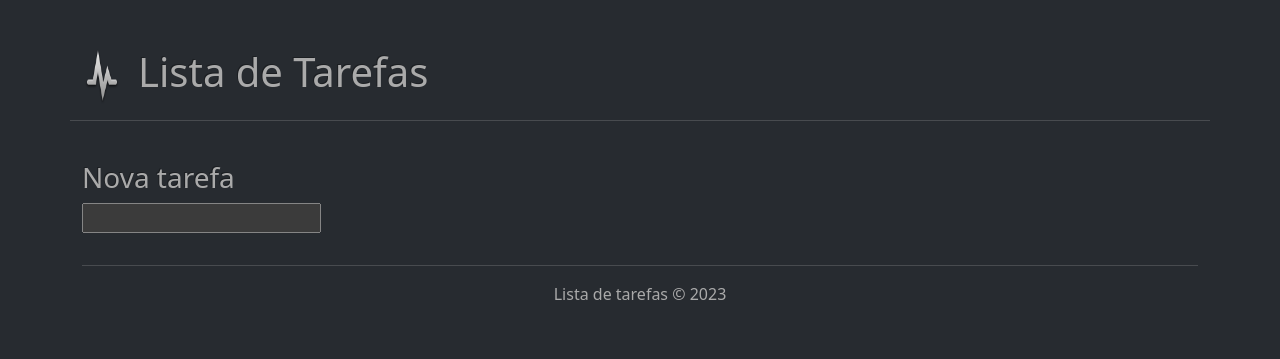
Repository: cargugati/lista_tarefas
Page: frontEnd/new_task.html
These files come from the project's save history. The page is drawn as it stood at one moment and after the next save; the edit follows.
The browser window is 1280 px wide. The pictures show the whole page.

Above is the page before, as saved 2023-03-30 10:33:53.

### frontEnd/new_task.html
<!DOCTYPE html>
<html lang="pt-br">

<head>
  <meta charset="UTF-8">
  <meta http-equiv="X-UA-Compatible" content="IE=edge">
  <meta name="viewport" content="width=device-width, initial-scale=1.0">
  <title>Lista de Tarefas</title>
  <link rel="stylesheet" href="./assets/css/bootstrap.min.css">
  <link rel="stylesheet" href="./assets/fontawesome/css/all.min.css">
  <link rel="shortcut icon" href="./assets/images/favicon.png" type="image/png">
</head>

<body>
  <div class="container my-5">

    <!-- cabeçalho -->
    <div class="row mb-4">
      <div class="col">
        <div class="d-flex justify-content-start">
          <img src="./assets/images/favicon.png" alt="Logo" class="img-fluid me-3" width="40px">
          <h1>Lista de Tarefas</h1>
        </div>

      </div>

      <hr class="my-3">
    </div>

    <!-- espaço para criar nova tarefa -->
    <div class="row">
      <div class="col">
        <h3>Nova tarefa</h3>
        <input type="text" name="" id="text_task_text" class="">
      </div>
    </div>

    <!-- dados para o banco de dados
    bd_tasks

    users
    - id -> uint auto PK
    - username -> varchar(50) NULL
    - passwrd -> varchar(100) NULL
    - created_at -> datetime NULL
    - updated_at -> datetime NULL

    tasks
    - id -> uint auto PK
    - id_user -> uint FK
    - task_text -> varchar(100) NULL
    - task_status -> varchar(30) NULL -> (new | in progress | canceled | done)
    - created_at
    - updated_at

-->






    <!-- footer -->
    <div class="row mt-3">
      <div class="col text-center">
        <hr>
        <p>Lista de tarefas &copy; 2023</p>
      </div>
    </div>


  </div>

  <script src="./assets/js/bootstrap.bundle.min.js"></script>
</body>

</html>

Loaded but not shown: frontEnd/assets/css/bootstrap.min.css (library); frontEnd/assets/fontawesome/css/all.min.css (library); frontEnd/assets/js/bootstrap.bundle.min.js (library)

After the next save:
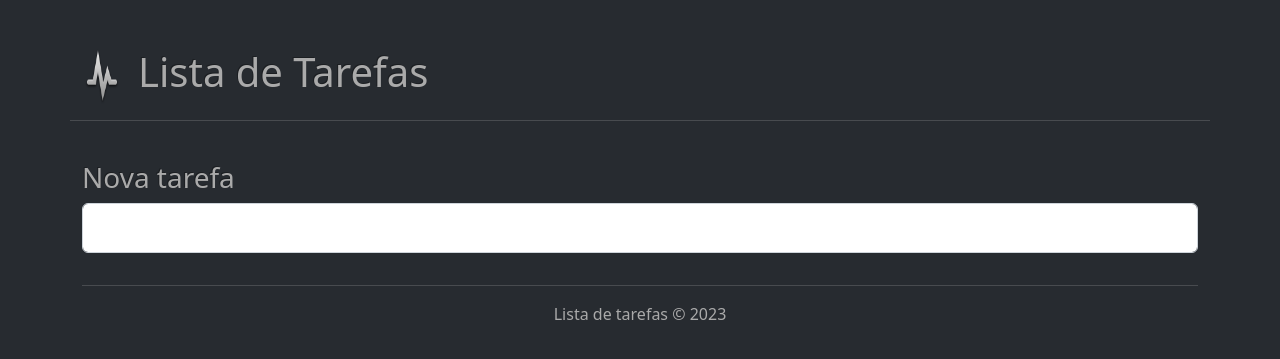
Saved 31 s later.
--- a/frontEnd/new_task.html
+++ b/frontEnd/new_task.html
@@ -31,7 +31,7 @@
     <div class="row">
       <div class="col">
         <h3>Nova tarefa</h3>
-        <input type="text" name="" id="text_task_text" class="">
+        <input type="text" name="" id="text_task_text" class="form-control">
       </div>
     </div>
 
